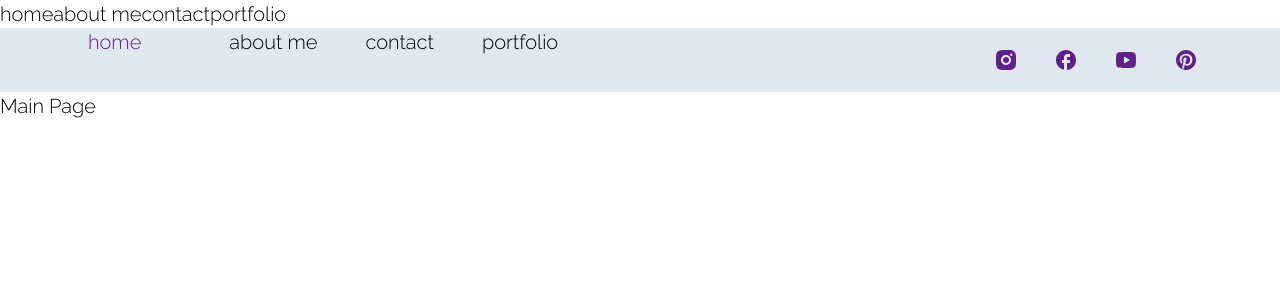
Repository: hubertrh/klaudia-personal-next
Page: /
The author's editor kept a copy of each file at every save. The page is drawn from the files as they stood at one save, then again after the next save.
The browser window is 1280 px wide. The pictures show the whole page.
The project was rebuilt for these pictures with package versions that can differ from the ones it lists, and the page was loaded fresh each time. The framework's server and built-in components were replaced by stand-ins that run in the browser. Also part of the build but not shown: next.config.js.

Above is the page before, as saved 2023-08-11 18:10:50.

### app/layout.tsx
import './globals.css';
import type { Metadata } from 'next';
import { Inter } from 'next/font/google';
import Link from 'next/link';

const inter = Inter({ subsets: ['latin'] });

export const metadata: Metadata = {
  title: 'Klaudia Rogala-Haracz',
  description: 'Portrait and reportage photography. Based in London.',
};

export default function RootLayout({
  children,
}: {
  children: React.ReactNode;
}) {
  return (
    <html lang="en">
      <body className={inter.className}>
        <header>
          <nav>
            <Link href="#!">home</Link>
            <Link href="#!">about me</Link>
            <Link href="#!">contact</Link>
            <Link href="#!">portfolio</Link>
          </nav>
          <div></div>
        </header>
        {children}
      </body>
    </html>
  );
}

### app/(site)/layout.tsx
import '../globals.css';
import type { Metadata } from 'next';
import { Raleway } from 'next/font/google';
import Image from 'next/image';
import Link from 'next/link';
import igIcon from '@/public/icons/ig-icon.svg';
import fbIcon from '@/public/icons/fb-icon.svg';
import ytIcon from '@/public/icons/yt-icon.svg';
import pinIcon from '@/public/icons/pin-icon.svg';

const raleway = Raleway({ weight: '300', subsets: ['latin'] });

export const metadata: Metadata = {
  title: 'Klaudia Rogala-Haracz',
  description: 'Portrait and reportage photography. Based in London.',
};

export default function RootLayout({
  children,
}: {
  children: React.ReactNode;
}) {
  return (
    <html lang="en">
      <body className={`${raleway.className} text-xl`}>
        <header className="flex h-16 justify-between bg-slate-200 px-16">
          <nav className="nav">
            <Link className="!ml-0 !mr-10 text-primary" href="/">
              home
            </Link>
            <Link href="#!">about me</Link>
            <Link href="#!">contact</Link>
            <Link href="/portfolio">portfolio</Link>
          </nav>
          <div className="social-icons flex items-center">
            <Link href="https://www.instagram.com/_klaudiarogala/">
              <Image src={igIcon} alt="Instagram icon" />
            </Link>
            <Link href="https://www.facebook.com/klaudiarogalaphotographer/">
              <Image src={fbIcon} alt="Facebook icon" />
            </Link>
            <Link href="https://www.youtube.com/channel/UCyVfMWp16X_wYCG9213YOQw/">
              <Image src={ytIcon} alt="YouTube icon" />
            </Link>
            <Link href="https://www.pinterest.com/zuzannnnaa/">
              <Image src={pinIcon} alt="Pinterest icon" />
            </Link>
            {/* <a class="lang-btn" href="/pl/index.html"><img src="/icons/flag-pl.svg" /></a> */}
          </div>
        </header>
        {children}
      </body>
    </html>
  );
}

### app/(site)/page.tsx
export default function Home() {
  return <div>Main Page</div>;
}

### app/globals.css
@tailwind base;
@tailwind components;
@tailwind utilities;

:root {
  --foreground-rgb: 0, 0, 0;
  --background-rgb: 255, 255, 255;
}

body {
  color: rgb(var(--foreground-rgb));
  background: rgb(var(--background-end-rgb));
}

.nav > * {
  @apply relative px-6 py-6 transition-all duration-300 before:absolute before:bottom-4 before:left-1/2 before:h-[1.5px] before:w-0 before:-translate-x-1/2 before:bg-primary before:transition-all before:duration-300 before:ease-out before:content-[''] hover:text-primary hover:before:w-full;
}

.social-icons > * {
  @apply px-5 py-3;
}

### tailwind.config.js
/** @type {import('tailwindcss').Config} */
module.exports = {
  content: [
    './pages/**/*.{js,ts,jsx,tsx,mdx}',
    './components/**/*.{js,ts,jsx,tsx,mdx}',
    './app/**/*.{js,ts,jsx,tsx,mdx}',
  ],
  theme: {
    extend: {
      colors: {
        primary: '#5D2187',
      },
      backgroundImage: {
        'gradient-radial': 'radial-gradient(var(--tw-gradient-stops))',
        'gradient-conic':
          'conic-gradient(from 180deg at 50% 50%, var(--tw-gradient-stops))',
      },
    },
  },
  plugins: [],
};

After the next save:
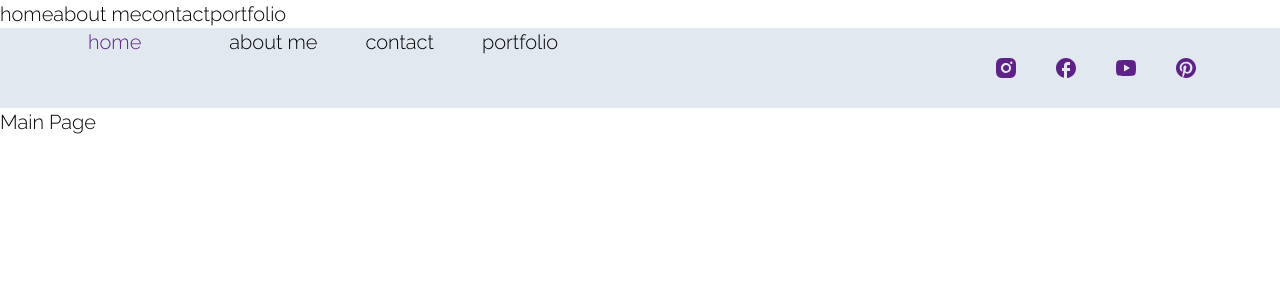
Saved 5 s later.
--- a/app/(site)/layout.tsx
+++ b/app/(site)/layout.tsx
@@ -23,7 +23,7 @@ export default function RootLayout({
   return (
     <html lang="en">
       <body className={`${raleway.className} text-xl`}>
-        <header className="flex h-16 justify-between bg-slate-200 px-16">
+        <header className="flex h-20 justify-between bg-slate-200 px-16">
           <nav className="nav">
             <Link className="!ml-0 !mr-10 text-primary" href="/">
               home
